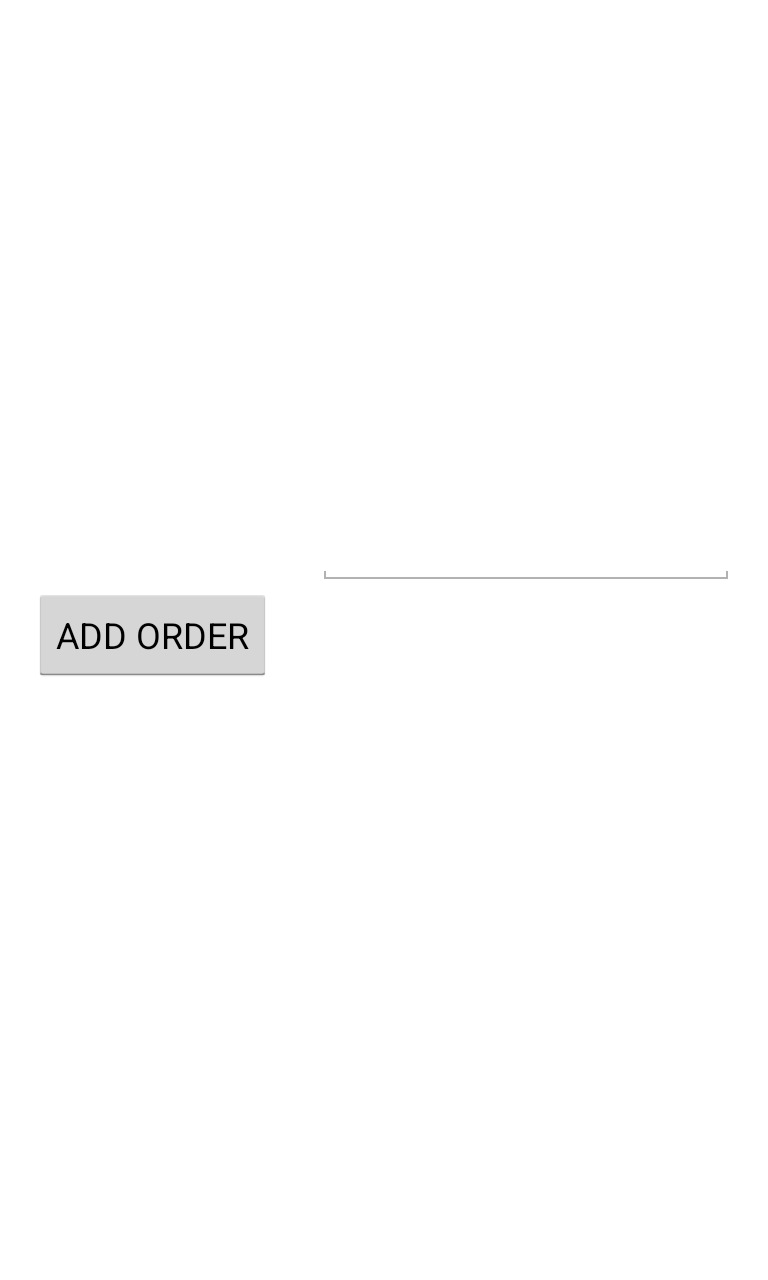
Repository: erenerdogan/ERMS
Layout: ERMSMobile/ERMS/res/layout/activity_product_detail.xml
An editor plug-in stored every save of this project. The layout is shown before and after the next save, followed by the edit.
It is drawn on a 768 x 1280 px phone screen (xhdpi) without system bars, with theme AppTheme; the app's code is not run.

Above is the layout before, as saved 2013-12-21 12:05:30.

After the next save:
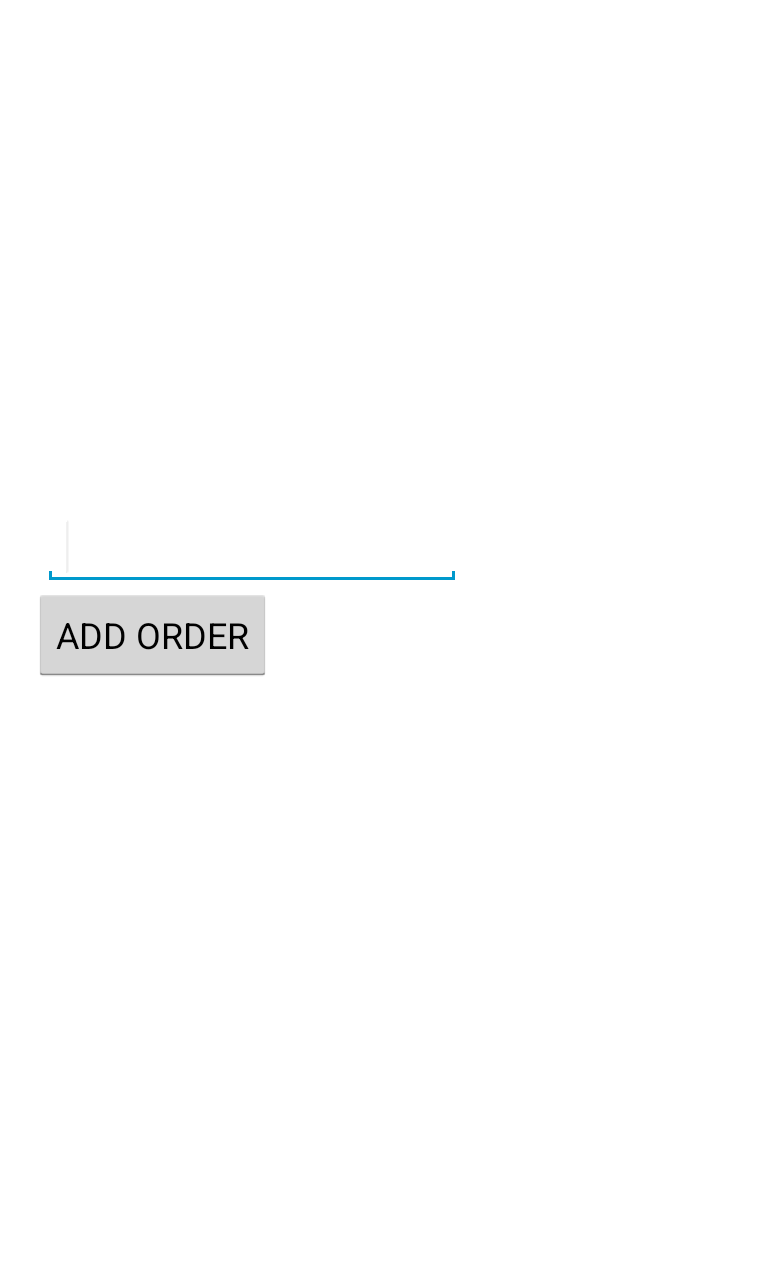
Saved 84 s later.
--- a/ERMSMobile/ERMS/res/layout/activity_product_detail.xml
+++ b/ERMSMobile/ERMS/res/layout/activity_product_detail.xml
@@ -45,22 +45,25 @@
                 android:layout_below="@+id/pdetailtextView"
                 android:layout_margin="5dip" />
 
-            <EditText
-                android:id="@+id/pdetailnumberEditText"
-                android:layout_width="wrap_content"
-                android:layout_height="wrap_content"
-                android:layout_alignParentRight="true"
-                android:layout_below="@+id/pdetailpricetextView"
-                android:ems="10"
-                android:inputType="number" >
-            </EditText>
-
             <Button
                 android:id="@+id/pdetailaddbtn"
                 android:layout_width="wrap_content"
                 android:layout_height="wrap_content"
                 android:layout_below="@+id/pdetailnumberEditText"
                 android:text="ADD ORDER" />
+
+            <EditText
+                android:id="@+id/pdetailnumberEditText"
+                android:layout_width="wrap_content"
+                android:layout_height="wrap_content"
+                android:layout_alignLeft="@+id/pdetailpricetextView"
+                android:layout_below="@+id/pdetailpricetextView"
+                android:ems="10"
+                android:inputType="number" >
+
+                <requestFocus />
+            </EditText>
+
         </RelativeLayout>
     </ScrollView>
 

After the save that followed:
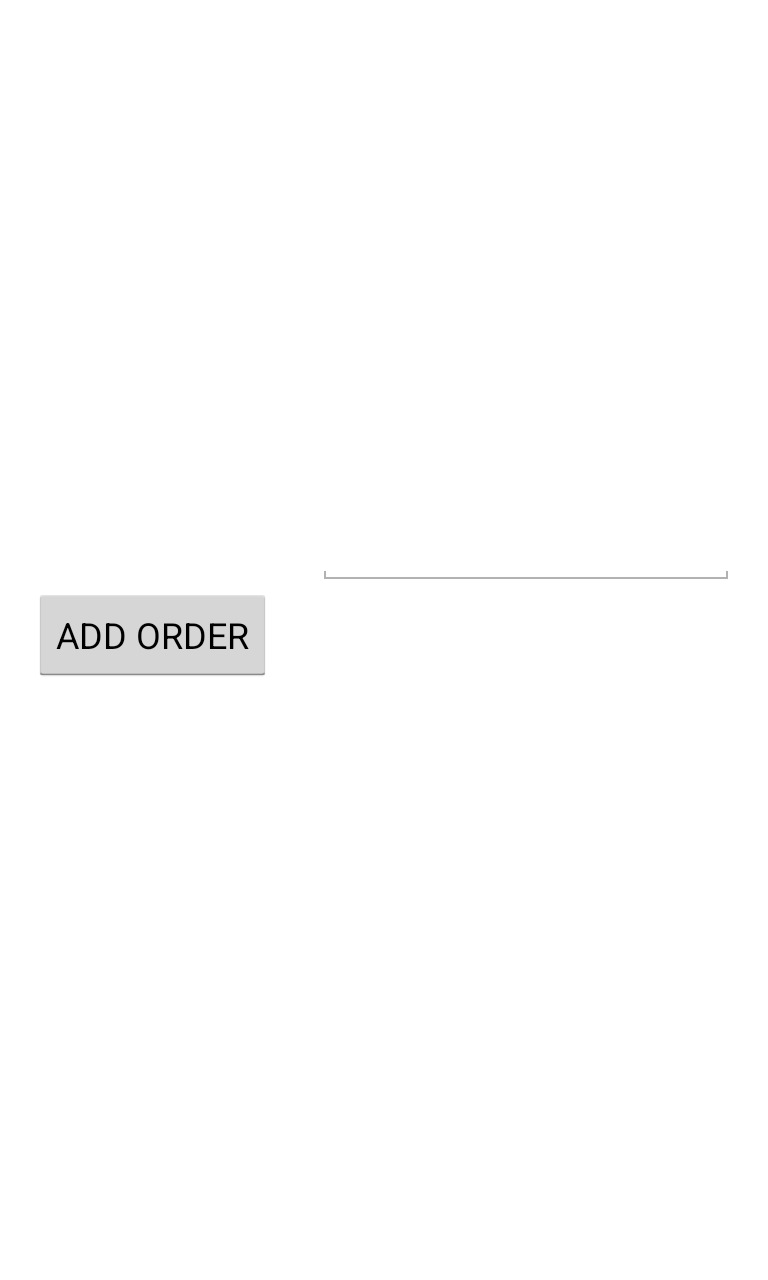
Saved 47 s later.
--- a/ERMSMobile/ERMS/res/layout/activity_product_detail.xml
+++ b/ERMSMobile/ERMS/res/layout/activity_product_detail.xml
@@ -45,25 +45,22 @@
                 android:layout_below="@+id/pdetailtextView"
                 android:layout_margin="5dip" />
 
+            <EditText
+                android:id="@+id/pdetailnumberEditText"
+                android:layout_width="wrap_content"
+                android:layout_height="wrap_content"
+                android:layout_alignParentRight="true"
+                android:layout_below="@+id/pdetailpricetextView"
+                android:ems="10"
+                android:inputType="number" >
+            </EditText>
+
             <Button
                 android:id="@+id/pdetailaddbtn"
                 android:layout_width="wrap_content"
                 android:layout_height="wrap_content"
                 android:layout_below="@+id/pdetailnumberEditText"
                 android:text="ADD ORDER" />
-
-            <EditText
-                android:id="@+id/pdetailnumberEditText"
-                android:layout_width="wrap_content"
-                android:layout_height="wrap_content"
-                android:layout_alignLeft="@+id/pdetailpricetextView"
-                android:layout_below="@+id/pdetailpricetextView"
-                android:ems="10"
-                android:inputType="number" >
-
-                <requestFocus />
-            </EditText>
-
         </RelativeLayout>
     </ScrollView>
 
